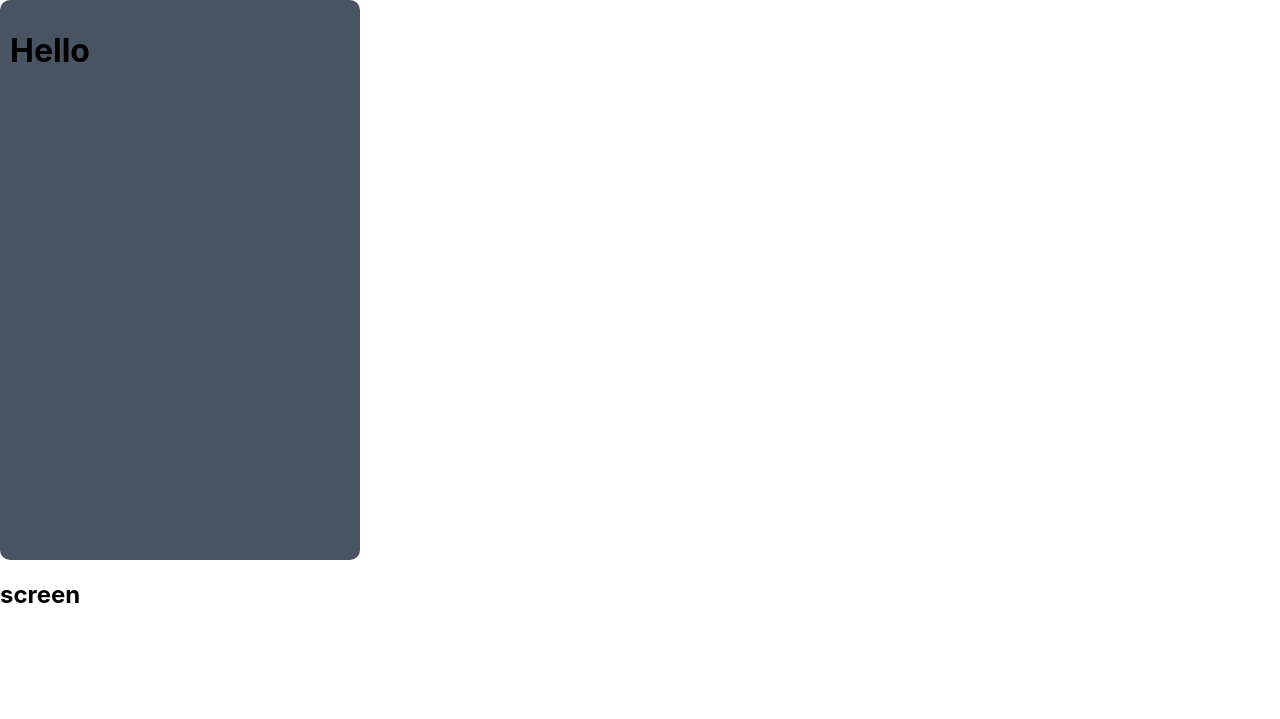
Repository: qudos4real/calculator
Page: /
The author's editor kept a copy of each file at every save. The page is drawn from the files as they stood at one save, then again after the next save.
The browser window is 1280 px wide. The pictures show the whole page.
The project was rebuilt for these pictures with package versions that can differ from the ones it lists, and the page was loaded fresh each time.

Above is the page before, as saved 2022-10-07 21:13:39.

After the next save:
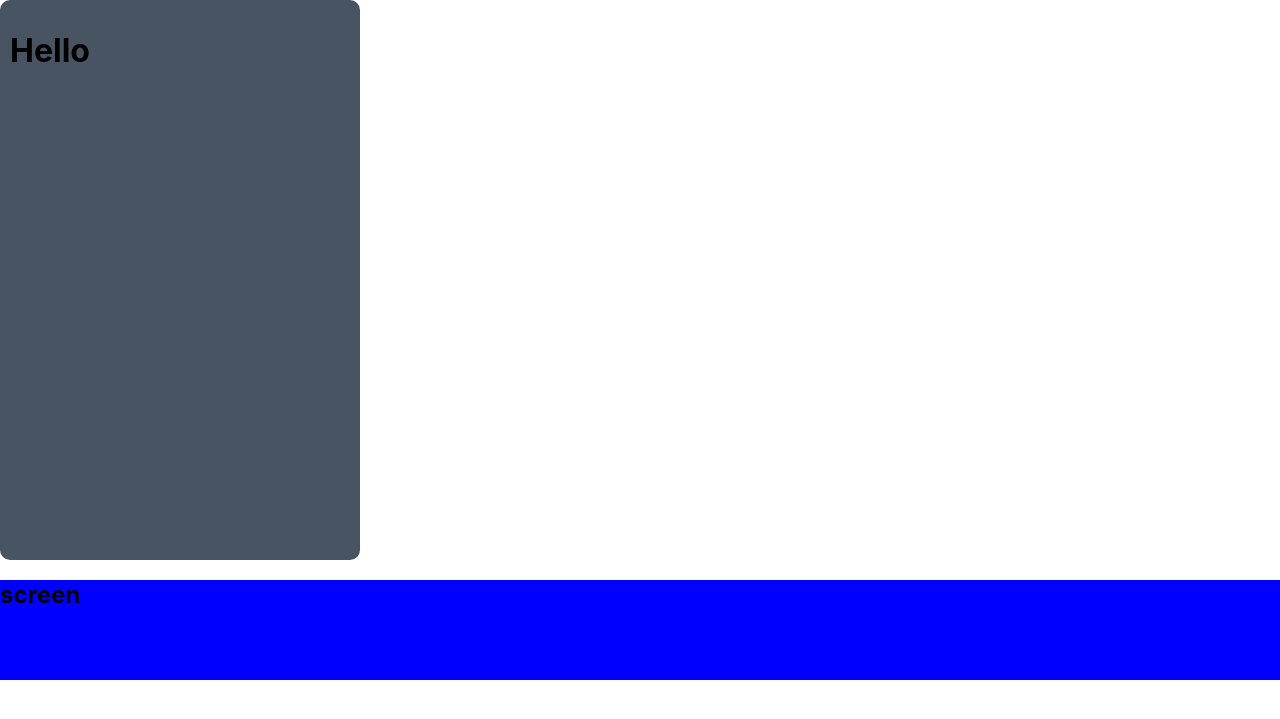
Saved 20 s later.
--- a/src/components/Display.css
+++ b/src/components/Display.css
@@ -1,4 +1,5 @@
 .screen {
     height: 100px;
     width: 100%;
+    background-color: blue;
 }

After the save that followed:
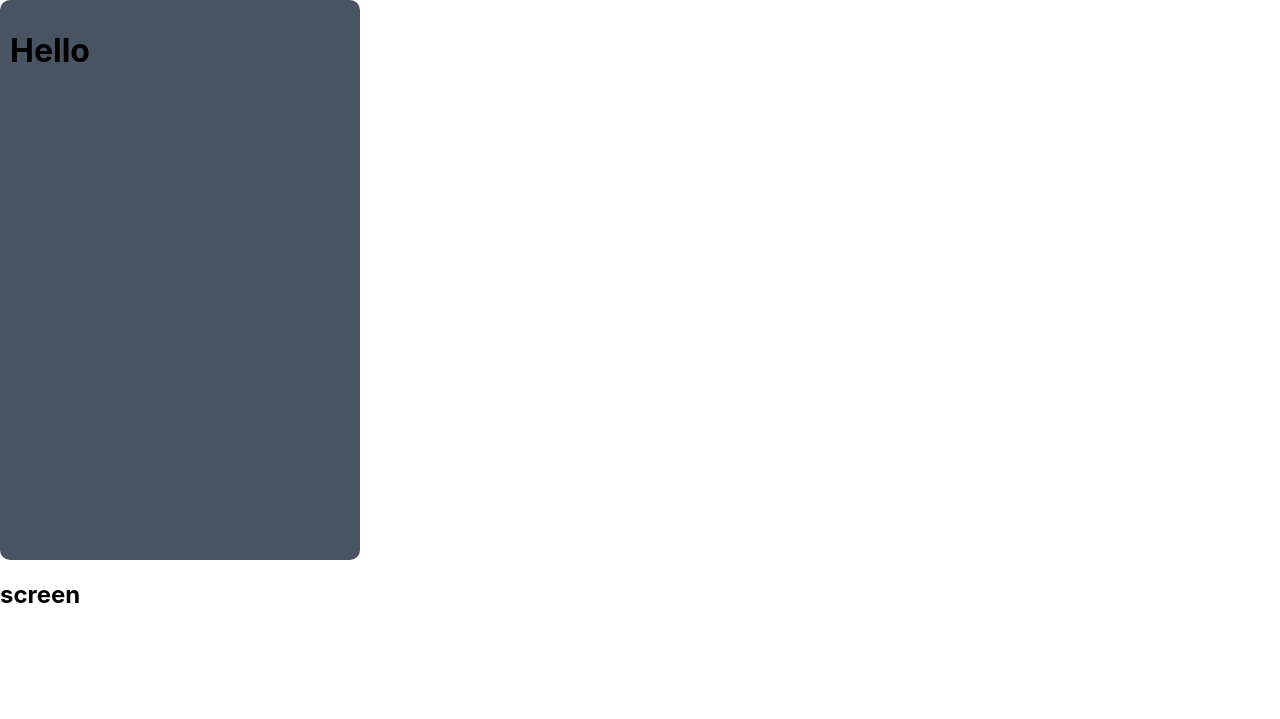
Saved 39 s later.
--- a/src/components/Display.css
+++ b/src/components/Display.css
@@ -1,5 +1,6 @@
 .screen {
     height: 100px;
     width: 100%;
-    background-color: blue;
+    margin-bottom: 10px;
+
 }
